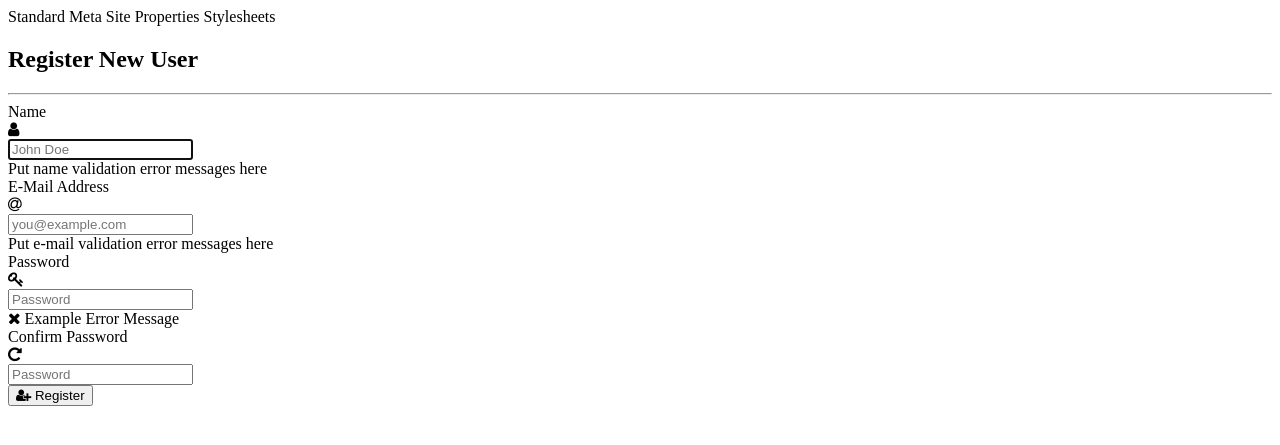
Repository: momindanish/Collaboration
Page: project 2 dteja/client/WebContent/views/registrationform.html
These files come from the project's save history. The page is drawn as it stood at one moment and after the next save; the edit follows.
The browser window is 1280 px wide. The pictures show the whole page.
Some web libraries are served in a nearby version.

Above is the page before, as saved 2019-02-16 18:08:23.

### project 2 dteja/client/WebContent/views/registrationform.html
<!--  <b>Registration Page</b><br>
<span style="color:red">{{error.errorMessage}}</span>
<form>
<pre>
Enter email      :<input type="email" ng-model="user.email">
Enter password   :<input type="password" ng-model="user.password">
Enter Firstname  :<input type="text" ng-model="user.firstname">
Enter Lastname   :<input type="text" ng-model="user.lastname">
Enter phonenumber:<input type="text" ng-model="user.phonenumber">
Select Role      :<select ng-model="user.role">
					<option value="STUDENT">Student
					<option value="ALUMNI">Alumni
					<option value="EMPLOYEE">Employee
					<option value="ADMIN">Admin
				  </select>
<button ng-click="userRegistration(user)"class="btn btn-primary">Register</button>
</pre>
</form>
  -->

 <!-- <head>
<link href="//maxcdn.bootstrapcdn.com/bootstrap/4.0.0/css/bootstrap.min.css" rel="stylesheet" id="bootstrap-css">
<script src="//maxcdn.bootstrapcdn.com/bootstrap/4.0.0/js/bootstrap.min.js"></script>
<script src="//code.jquery.com/jquery-1.11.1.min.js"></script>
</head> -->
<!------ Include the above in your HEAD tag ---------->

 <!DOCTYPE html>
<html lang="en">
<head>
    Standard Meta
    <meta charset="utf-8"/>
    <meta http-equiv="X-UA-Compatible" content="IE=edge,chrome=1"/>
    <meta name="viewport" content="width=device-width, initial-scale=1.0, maximum-scale=1.0">

    Site Properties
    <title>Bootstrap 4 Register Form</title>

    Stylesheets
    <link rel="stylesheet" href="https://maxcdn.bootstrapcdn.com/font-awesome/4.6.1/css/font-awesome.min.css">
</head>
<body>
<div class="container">
    <form class="form-horizontal" role="form" method="POST" action="/register">
        <div class="row">
            <div class="col-md-3"></div>
            <div class="col-md-6">
                <h2>Register New User</h2>
                <hr>
            </div>
        </div>
        <div class="row">
            <div class="col-md-3 field-label-responsive">
                <label for="name">Name</label>
            </div>
            <div class="col-md-6">
                <div class="form-group">
                    <div class="input-group mb-2 mr-sm-2 mb-sm-0">
                        <div class="input-group-addon" style="width: 2.6rem"><i class="fa fa-user"></i></div>
                        <input type="text" name="name" class="form-control" id="name"
                               placeholder="John Doe" required autofocus>
                    </div>
                </div>
            </div>
            <div class="col-md-3">
                <div class="form-control-feedback">
                        <span class="text-danger align-middle">
                            Put name validation error messages here
                        </span>
                </div>
            </div>
        </div>
        <div class="row">
            <div class="col-md-3 field-label-responsive">
                <label for="email">E-Mail Address</label>
            </div>
            <div class="col-md-6">
                <div class="form-group">
                    <div class="input-group mb-2 mr-sm-2 mb-sm-0">
                        <div class="input-group-addon" style="width: 2.6rem"><i class="fa fa-at"></i></div>
                        <input type="text" name="email" class="form-control" id="email"
                               placeholder="you@example.com" required autofocus>
                    </div>
                </div>
            </div>
            <div class="col-md-3">
                <div class="form-control-feedback">
                        <span class="text-danger align-middle">
                            Put e-mail validation error messages here
                        </span>
                </div>
            </div>
        </div>
        <div class="row">
            <div class="col-md-3 field-label-responsive">
                <label for="password">Password</label>
            </div>
            <div class="col-md-6">
                <div class="form-group has-danger">
                    <div class="input-group mb-2 mr-sm-2 mb-sm-0">
                        <div class="input-group-addon" style="width: 2.6rem"><i class="fa fa-key"></i></div>
                        <input type="password" name="password" class="form-control" id="password"
                               placeholder="Password" required>
                    </div>
                </div>
            </div>
            <div class="col-md-3">
                <div class="form-control-feedback">
                        <span class="text-danger align-middle">
                            <i class="fa fa-close"> Example Error Message</i>
                        </span>
                </div>
            </div>
        </div>
        <div class="row">
            <div class="col-md-3 field-label-responsive">
                <label for="password">Confirm Password</label>
            </div>
            <div class="col-md-6">
                <div class="form-group">
                    <div class="input-group mb-2 mr-sm-2 mb-sm-0">
                        <div class="input-group-addon" style="width: 2.6rem">
                            <i class="fa fa-repeat"></i>
                        </div>
                        <input type="password" name="password-confirmation" class="form-control"
                               id="password-confirm" placeholder="Password" required>
                    </div>
                </div>
            </div>
        </div>
        <div class="row">
            <div class="col-md-3"></div>
            <div class="col-md-6">
                <button type="submit" class="btn btn-success"><i class="fa fa-user-plus"></i> Register</button>
            </div>
        </div>
    </form>
</div>
</body>

After the next save:
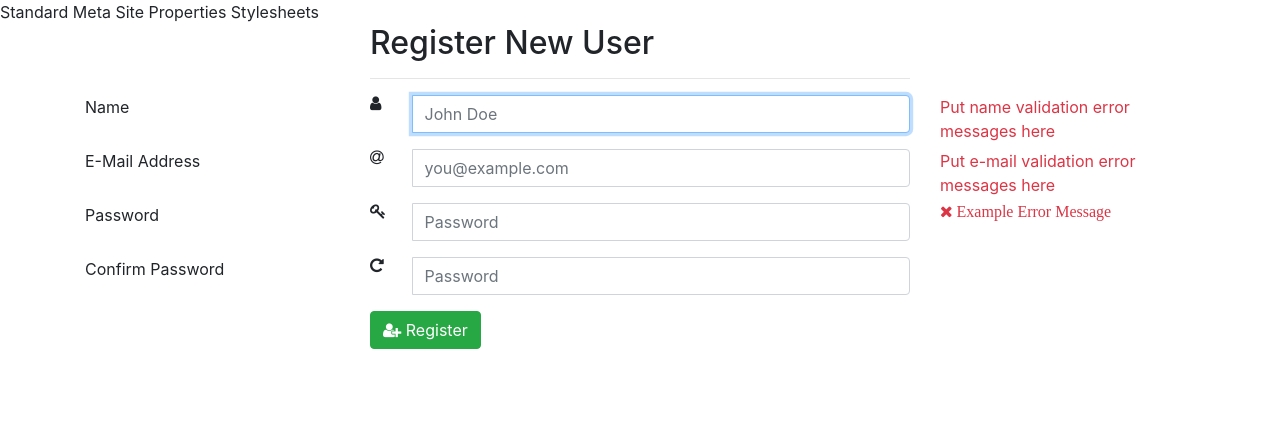
Console error: TypeError: Cannot read properties of undefined (reading 'fn')
Saved 4 min 6 s later.
--- a/project 2 dteja/client/WebContent/views/registrationform.html
+++ b/project 2 dteja/client/WebContent/views/registrationform.html
@@ -18,11 +18,11 @@ Select Role      :<select ng-model="user.role">
 </form>
   -->
 
- <!-- <head>
+ <head>
 <link href="//maxcdn.bootstrapcdn.com/bootstrap/4.0.0/css/bootstrap.min.css" rel="stylesheet" id="bootstrap-css">
 <script src="//maxcdn.bootstrapcdn.com/bootstrap/4.0.0/js/bootstrap.min.js"></script>
 <script src="//code.jquery.com/jquery-1.11.1.min.js"></script>
-</head> -->
+</head>
 <!------ Include the above in your HEAD tag ---------->
 
  <!DOCTYPE html>
